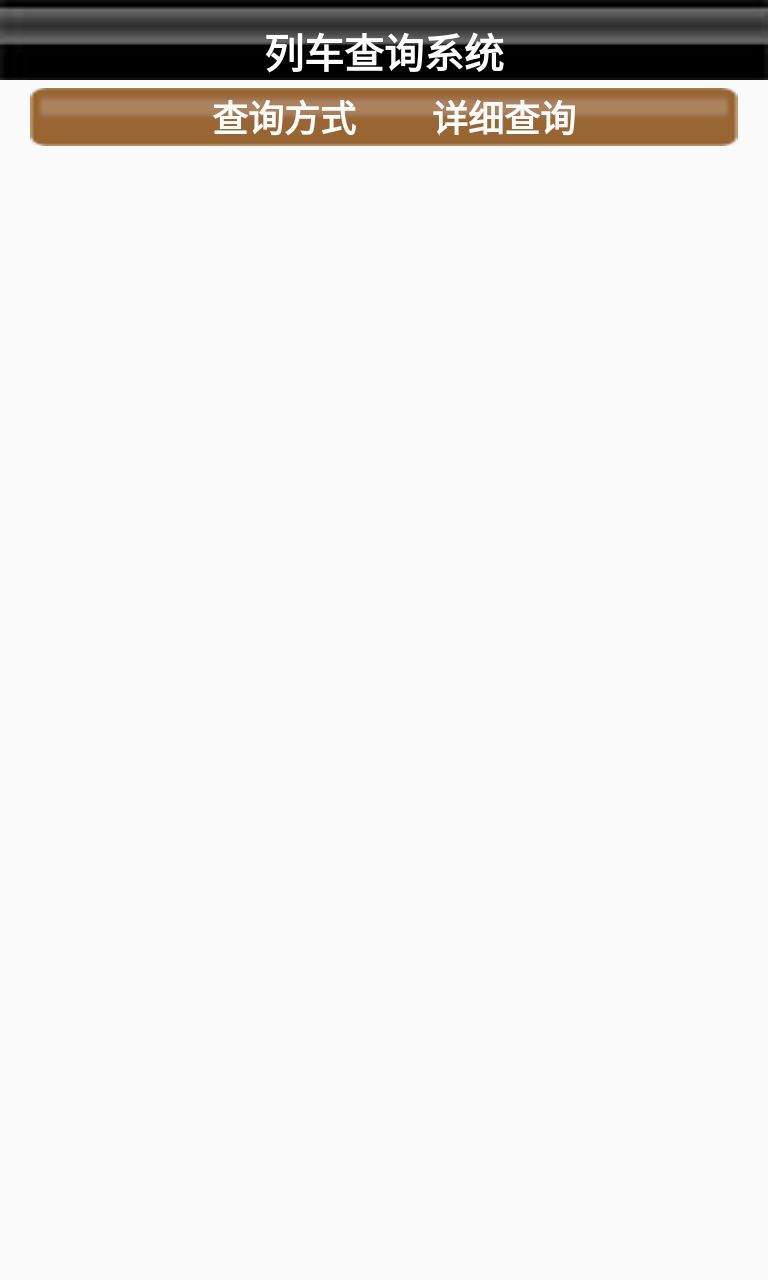
Repository: gogolaile/CoolWeather
Layout: Train_Qurey/res/layout/activity_main.xml
The author's editor kept a copy of each file at every save. The layout is drawn from the files as they stood at one save, then again after the next save.
It is drawn on a 768 x 1280 px phone screen (xhdpi) without system bars, with theme AppTheme; the app's code is not run.

Above is the layout before, as saved 2015-11-28 07:24:20.

### Train_Qurey/res/layout/activity_main.xml
<LinearLayout xmlns:android="http://schemas.android.com/apk/res/android"
    android:layout_width="match_parent"
    android:layout_height="match_parent"
    android:orientation="vertical" >

    <FrameLayout
     android:layout_width="match_parent"
     android:layout_height="40dp"
     android:background="@drawable/title">
<TextView
    android:layout_width="match_parent"
    android:layout_height="match_parent"
    android:text = "@string/the_main_title"
    android:gravity="center_horizontal|bottom"
    android:textSize="20sp"
    android:textColor="#FFFFFF"
    android:textStyle="bold"/>
</FrameLayout>
<LinearLayout
    android:layout_width="match_parent"
    android:layout_height="wrap_content"
    android:background="@drawable/navigator"
    android:layout_marginLeft="15dip"
    android:layout_marginRight="15dip"
    android:layout_marginTop="4dip"
    android:layout_marginBottom="4dip"
    android:orientation="horizontal"
    android:gravity="center">
   <TextView
       android:layout_width="100dip"
       android:layout_height="wrap_content"
       android:text="@string/the_query_way"
       android:textSize="18sp"
       android:textStyle="bold"
       android:textColor="#FFFFFF"
       android:gravity="center"
       android:layout_marginLeft="10dip"/>
   <TextView
       android:layout_width="100dip"
       android:layout_height="wrap_content"
       android:text="@string/detailed_query"
       android:textSize="18sp"
       android:textStyle="bold"
       android:textColor="#FFFFFF"
       android:gravity="center"
       android:layout_marginLeft="10dip"/>
</LinearLayout>

</LinearLayout>

### Train_Qurey/res/values/strings.xml
<?xml version="1.0" encoding="utf-8"?>
<resources>

    <string name="app_name">Train_Qurey</string>
    <string name="the_title">the title</string>
    <string name="the_main_title">列车查询系统</string>
    <string name="the_query_way">查询方式</string>
    <string name="detailed_query">详细查询</string>
</resources>

Loaded but not shown: Train_Qurey/res/values/styles.xml (common file); Train_Qurey/res/values-v11/styles.xml (common file); Train_Qurey/res/values-v14/styles.xml (common file)

After the next save:
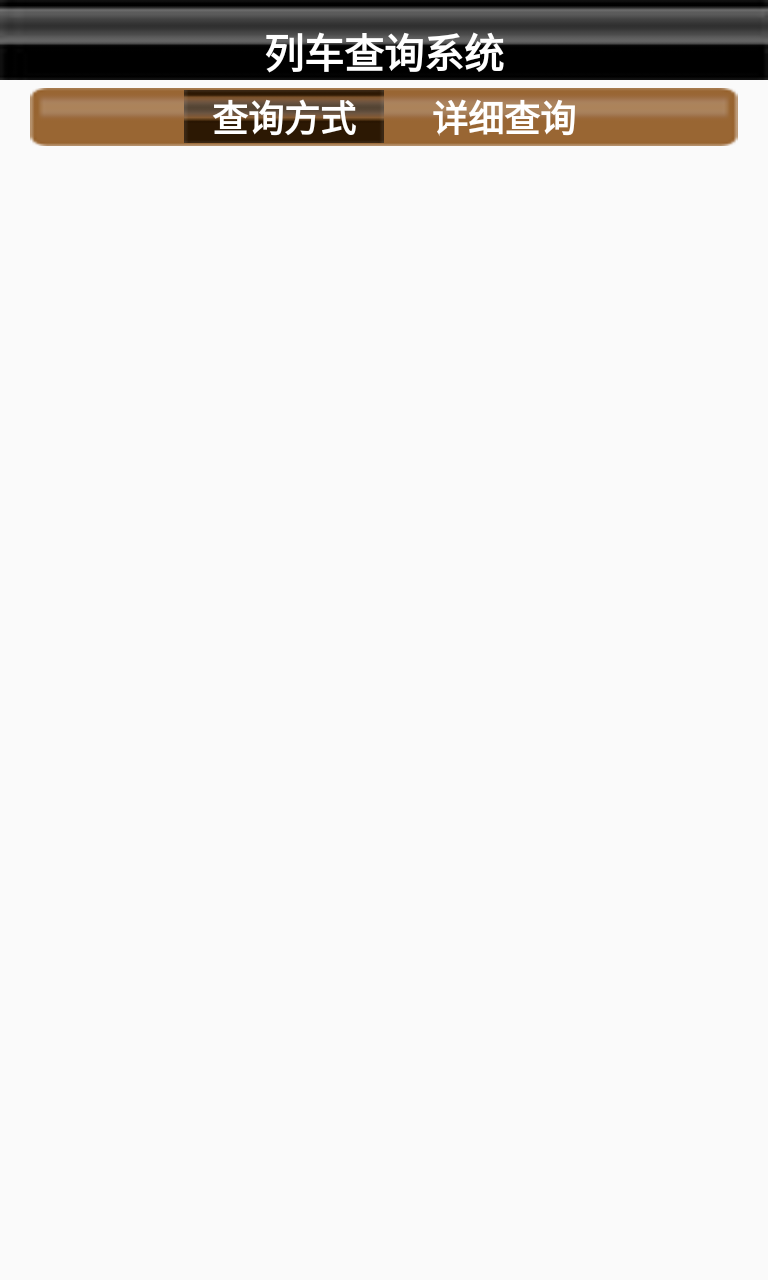
Saved 30 s later.
--- a/Train_Qurey/res/layout/activity_main.xml
+++ b/Train_Qurey/res/layout/activity_main.xml
@@ -30,6 +30,7 @@
        android:layout_width="100dip"
        android:layout_height="wrap_content"
        android:text="@string/the_query_way"
+       android:background="@drawable/hilight"
        android:textSize="18sp"
        android:textStyle="bold"
        android:textColor="#FFFFFF"
